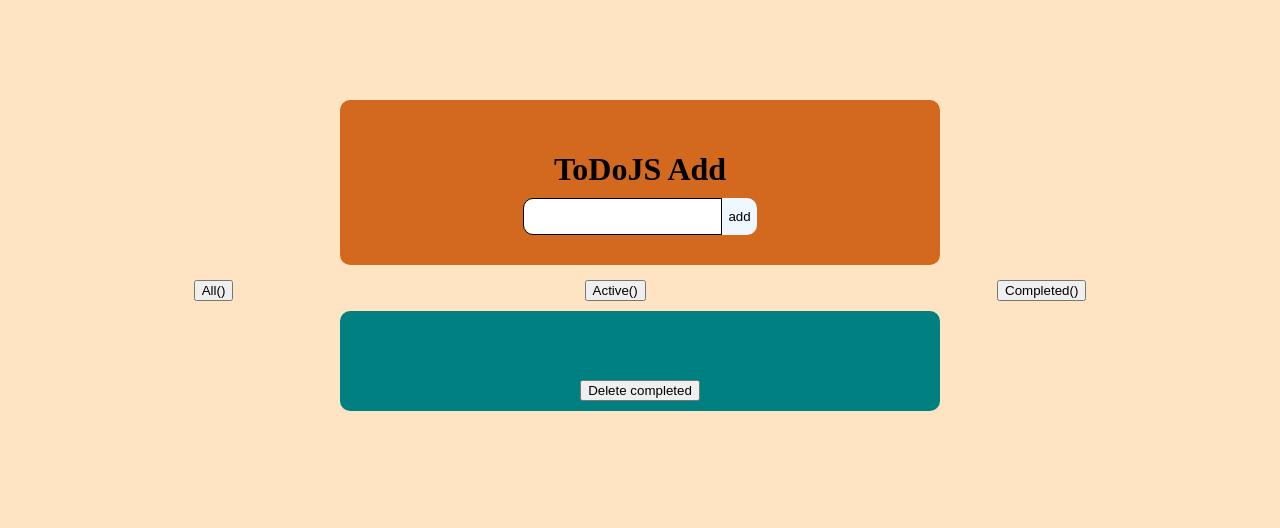
Repository: Savich01/todoTest
Page: index.html
An editor plug-in stored every save of this project. The page is shown before and after the next save, followed by the edit.
The browser window is 1280 px wide. The pictures show the whole page.

Above is the page before, as saved 2024-05-06 14:04:26.

After the next save:
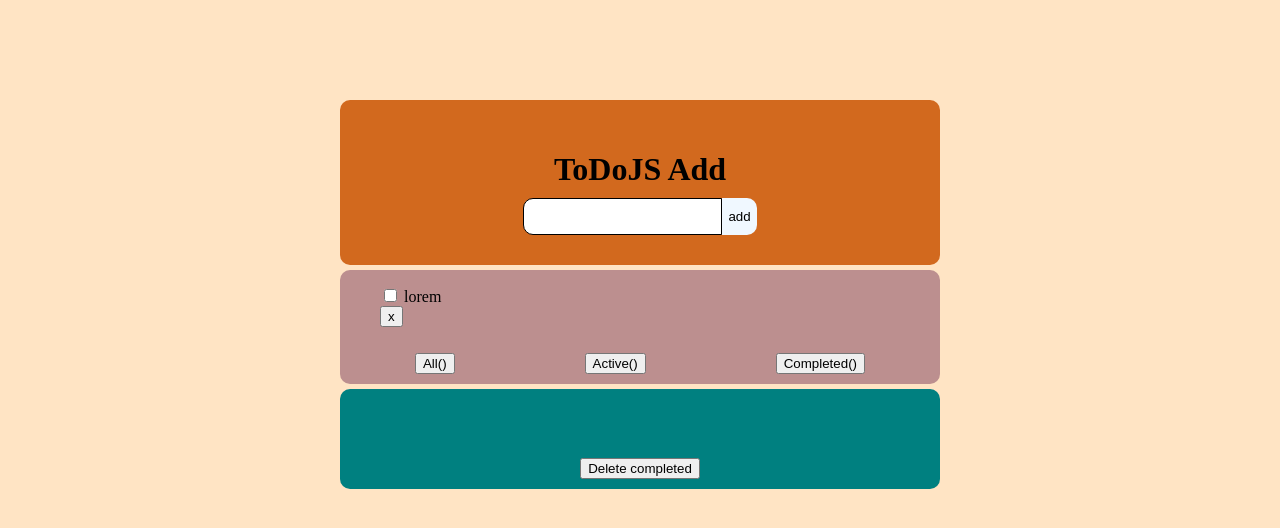
Saved 3 min 59 s later.
--- a/index.html
+++ b/index.html
@@ -19,7 +19,7 @@
         </div>
     </header>
      <main class="main">
-        <!-- <div class="main-block">
+        <div class="main-block">
 
             <div class="main-container">
                 <ul class="main-container--list">
@@ -31,7 +31,7 @@
                         х
                     </button>
                </ul>
-            </div> -->
+            </div>
 
 
 
